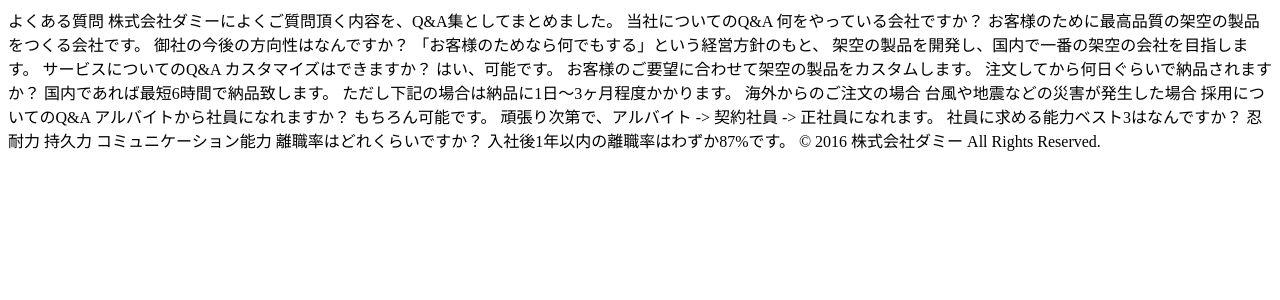
Repository: winc1980/practice-hp2022-wednesday
Page: ruka/practice1.html
The author's editor kept a copy of each file at every save. The page is drawn from the files as they stood at one save, then again after a run of saves.
The browser window is 1280 px wide. The pictures show the whole page.

Above is the page before, as saved 2022-05-25 23:51:18.

### ruka/practice1.html
<!DOCTYPE html>
<html lang="ja">
<head>
    <meta charset="UTF-8">
    <meta http-equiv="X-UA-Compatible" content="IE=edge">
    <meta name="viewport" content="width=device-width, initial-scale=1.0">
    <title>よくある質問 | 架空の株式会社ダミー</title>
</head>
<body>

    よくある質問
株式会社ダミーによくご質問頂く内容を、Q&A集としてまとめました。

当社についてのQ&A

何をやっている会社ですか？
お客様のために最高品質の架空の製品をつくる会社です。
御社の今後の方向性はなんですか？
「お客様のためなら何でもする」という経営方針のもと、
架空の製品を開発し、国内で一番の架空の会社を目指します。

サービスについてのQ&A

カスタマイズはできますか？
はい、可能です。
お客様のご要望に合わせて架空の製品をカスタムします。
注文してから何日ぐらいで納品されますか？
国内であれば最短6時間で納品致します。
ただし下記の場合は納品に1日〜3ヶ月程度かかります。
海外からのご注文の場合
台風や地震などの災害が発生した場合

採用についてのQ&A
アルバイトから社員になれますか？
もちろん可能です。
頑張り次第で、アルバイト -> 契約社員 -> 正社員になれます。
社員に求める能力ベスト3はなんですか？
忍耐力
持久力
コミュニケーション能力

離職率はどれくらいですか？
入社後1年以内の離職率はわずか87%です。

© 2016 株式会社ダミー All Rights Reserved.
</body>
</html>

After the next 3 saves:
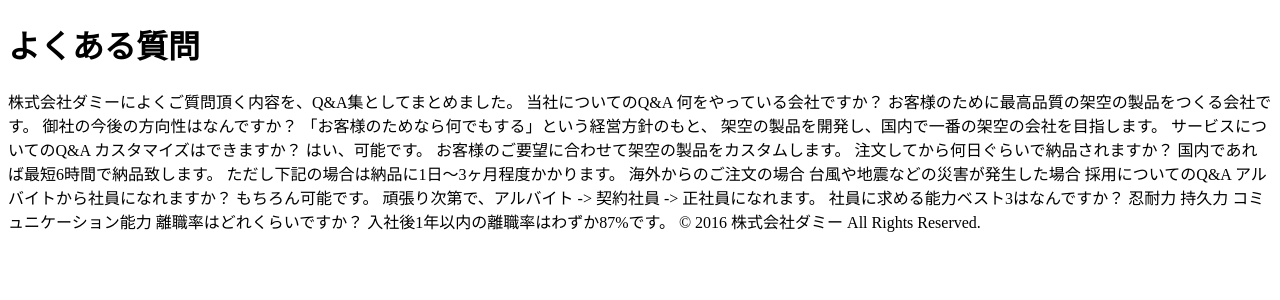
The 3 saves are shown as one change because they came seconds apart.
The last was saved 9 s later.
--- a/ruka/practice1.html
+++ b/ruka/practice1.html
@@ -7,8 +7,9 @@
     <title>よくある質問 | 架空の株式会社ダミー</title>
 </head>
 <body>
-
+    <h1>
     よくある質問
+</h1>
 株式会社ダミーによくご質問頂く内容を、Q&A集としてまとめました。
 
 当社についてのQ&A
